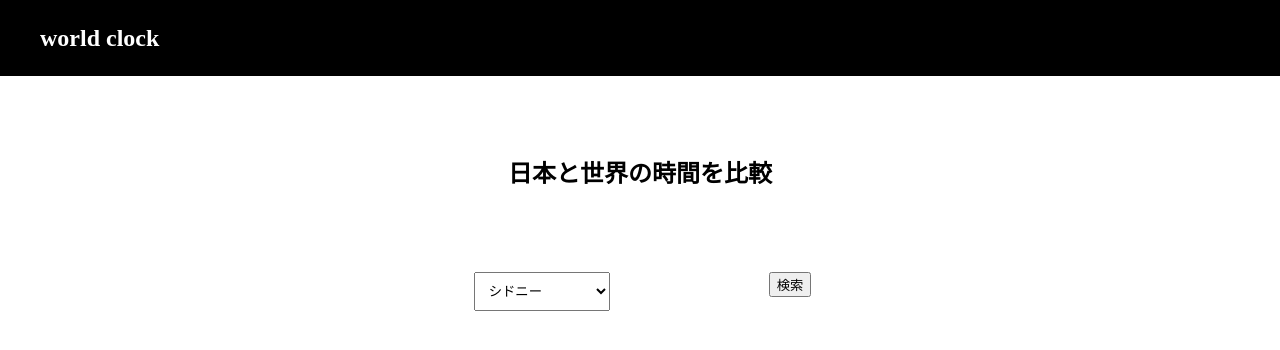
Repository: kay4300/php05-test
Page: http://localhost/
An editor plug-in stored every save of this project. The page is shown before and after a run of saves, followed by the edit.
The browser window is 1280 px wide. The pictures show the whole page.
The page is run by PHP 8.4 with error messages shown; the project is at /var/www/html/.

Above is the page before, as saved 2025-08-15 13:38:12.

After the next 2 saves:
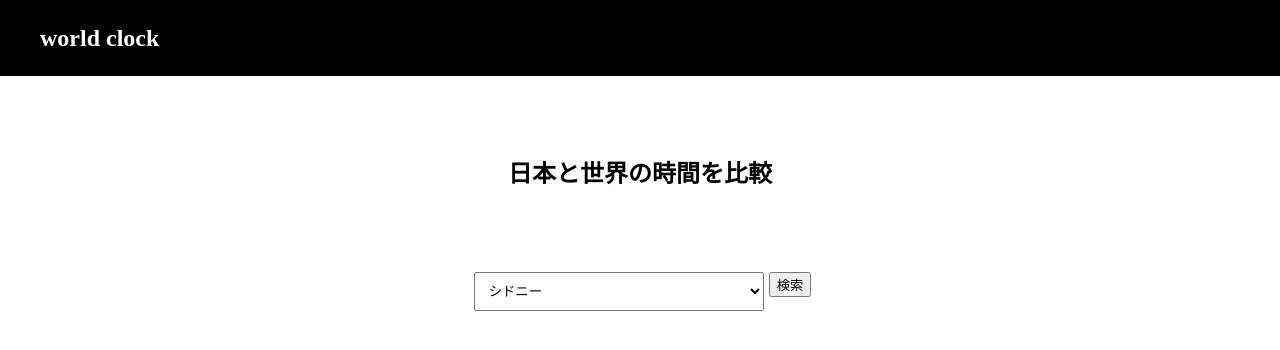
The 2 saves are shown as one change because they came seconds apart.
The last was saved 7 s later.
--- a/src/php02/css/index.css
+++ b/src/php02/css/index.css
@@ -20,5 +20,6 @@
 
 .search-form_item-select {
     padding: 10px;
-    width: 100;
+    width: 100%;
+    height: ;
 }
